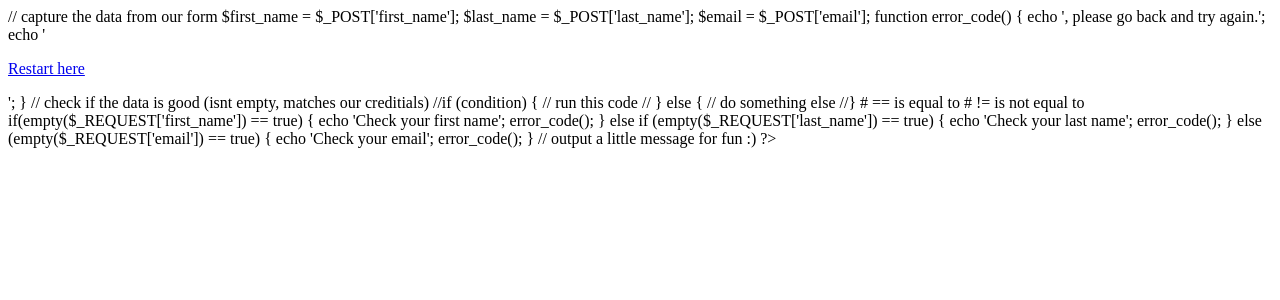
Repository: codieb1997/cosw30
Page: http://localhost/homework/home1/process_contact.php
The author's editor kept a record of every edit. The page is drawn from the files as they stood at one moment, then again after the next edit.
The browser window is 1280 px wide. The pictures show the whole page.
The page is run by PHP 8.4 with error messages shown; the project is at /var/www/html/.

Above is the page before.

### homework/home1/process_contact.php
// capture the data from our form
    $first_name = $_POST['first_name'];
    $last_name = $_POST['last_name'];
    $email = $_POST['email'];

   function error_code() {
        echo ', please go back and try again.';
        echo '<p><a href="contact.html">Restart here</a></p>';
    }

    // check if the data is good (isnt empty, matches our creditials)
    //if (condition) {
        // run this code
   // } else {
        // do something else
    //}

    # == is equal to
    # != is not equal to

    if(empty($_REQUEST['first_name']) == true) {

        echo 'Check your first name';
        error_code();
    } else if (empty($_REQUEST['last_name']) == true) {
        echo 'Check your last name';
        error_code();
    } else (empty($_REQUEST['email']) == true) {
        echo 'Check your email';
        error_code();
    }



    // output a little message for fun :)

?>

After the next edit:
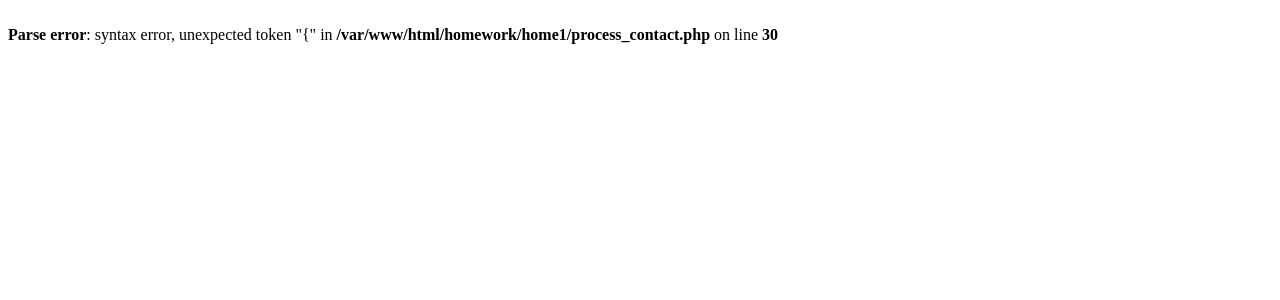
The edit:
--- a/homework/home1/process_contact.php
+++ b/homework/home1/process_contact.php
@@ -1,3 +1,5 @@
+<?php
+
 // capture the data from our form
     $first_name = $_POST['first_name'];
     $last_name = $_POST['last_name'];
